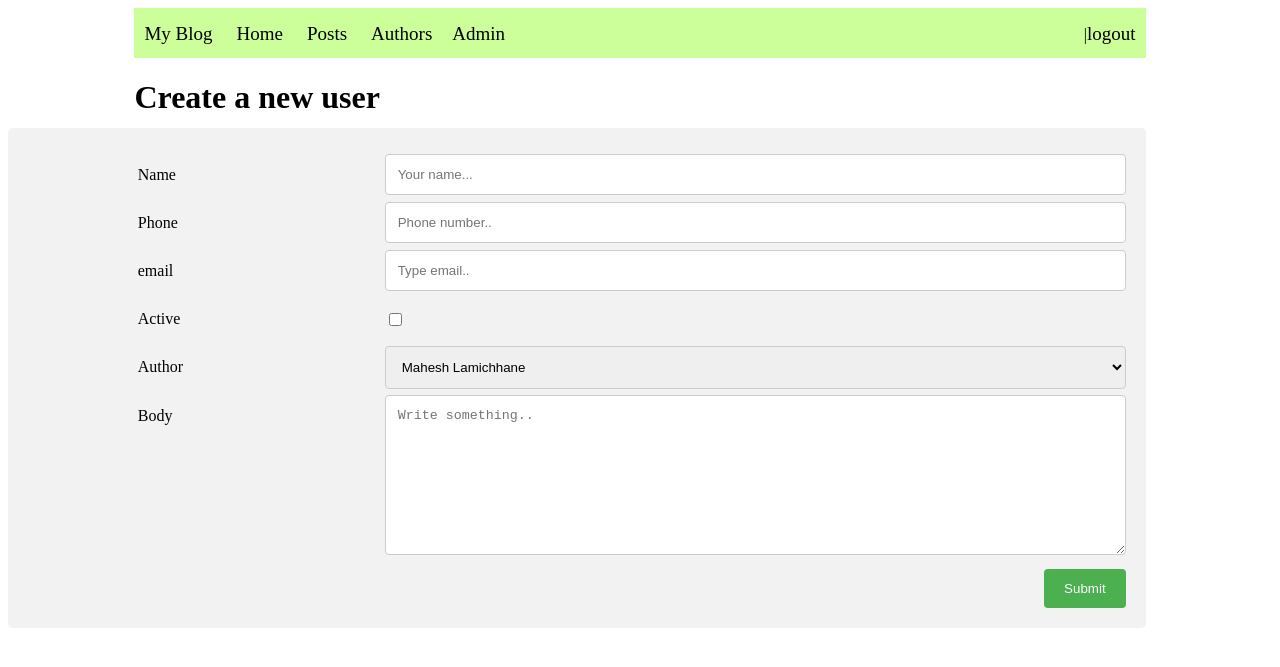
Repository: Software284/servlet-jsp-project
Page: http://localhost/Crud_WIth_Spring_Mvc_and_Hibernate_with_xml/WEB-INF/view/add.jsp
These files come from the project's save history. The page is drawn as it stood at one moment and after the next save; the edit follows.
The browser window is 1280 px wide. The pictures show the whole page.
The page is served by Tomcat 9. Nobody is signed in. The template is opened directly, without the code that normally fills it, so the values that code supplies are empty.

Above is the page before, as saved 2020-06-13 21:19:02.

After the next save:
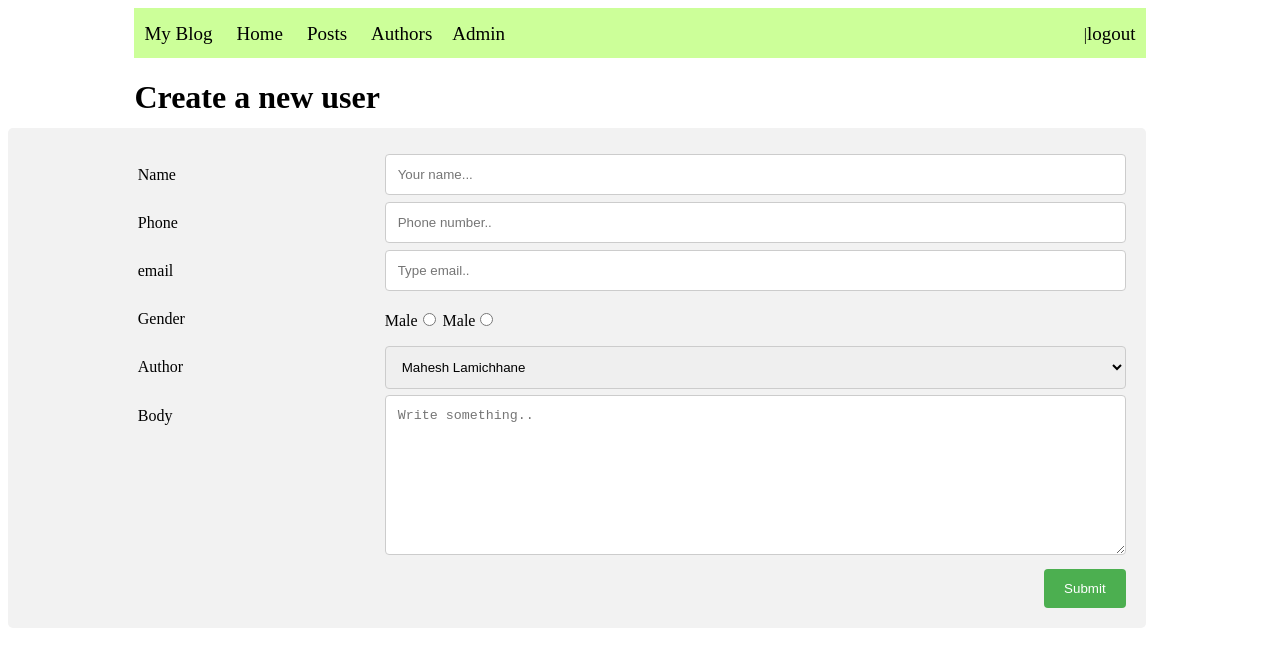
Saved 115 s later.
--- a/Crud WIth Spring Mvc and Hibernate with xml/WebContent/WEB-INF/view/add.jsp
+++ b/Crud WIth Spring Mvc and Hibernate with xml/WebContent/WEB-INF/view/add.jsp
@@ -243,10 +243,11 @@ input[type=submit]:hover {
    </div>
     <div class="row">
     <div class="col-25">
-      <label for="active">Active</label>
-    </div>
-    <div class="col-75">
-      <input type="checkbox" style="margin-top:15px;" id="active" name="active" value="1">
+      <label for="active">Gender</label>
+    </div>
+    <div class="col-75">
+      Male<input type="radio" style="margin-top:15px;" id="active" name="gender" value="male">
+      Male<input type="radio" style="margin-top:15px;" id="active" name="gender" value="male">
     </div>
   </div>
   <div class="row">
